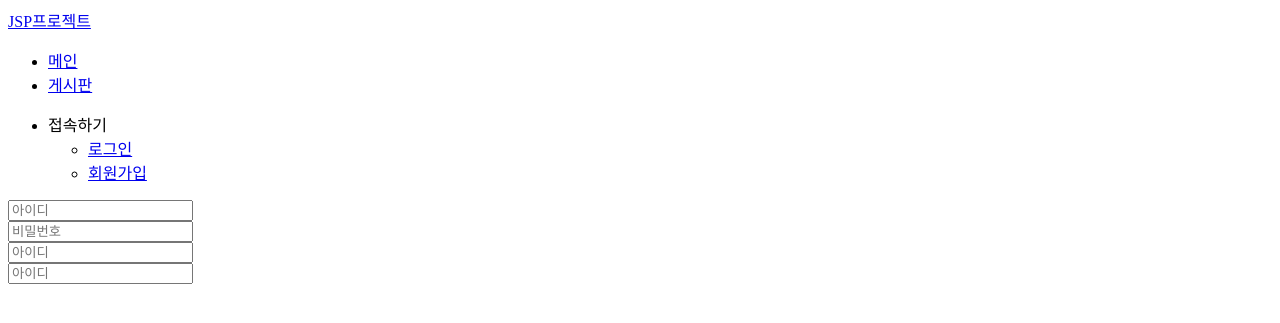
Repository: KimJeongSeok98/ComputerDepartmentPage-JSP
Page: http://localhost/JSP/join.jsp
An editor plug-in stored every save of this project. The page is shown before and after the next save, followed by the edit.
The browser window is 1280 px wide. The pictures show the whole page.
The page is served by Tomcat 9. Other server files are loaded and not shown.

Above is the page before, as saved 2022-06-02 13:35:32.

### JSP/src/main/webapp/join.jsp
<%@ page language="java" contentType="text/html; charset=UTF-8"
    pageEncoding="UTF-8"%>
<!DOCTYPE html>
<html>
<head>
<meta charset="UTF-8">
<title>메인페이지</title>
</head>
<body>
<div>
<a href="main.jsp">JSP프로젝트</a> <!--좌측 상단 메인페이지 연결-->
</div>
<div>
	<ul>
		<li>
		<a href="main.jsp">메인</a> <!--좌측 상단 메인페이지 연결-->
		</li>
		<li>
		<a href="bbs.jsp">게시판</a> <!--좌측 상단 메인페이지 연결-->
		</li>
	</ul>

	<ul>
		<li>
			<a>접속하기</a>
			<ul>
				<li>
				<a href="login.jsp">로그인</a><!--로그인 jsp로 이동-->
				</li>
				<li>
				<a href="join.jsp">회원가입</a><!--회원가입 jsp로 이동-->
				</li>
			</ul>
		</li>
	</ul>
</div>
<div class="container"> <!--로그인 양식 생성-->
	<form method="post" action="loginAction.jsp"><!--post:정보를 숨기면서 보내는 메소드 / 로그인 액션으로 로그인 정보를 보내는것 -->
		<div>
		<input type="text" class="form-control" placeholder="아이디" name="userID" maxlength="10"> <!--아이디/name="userID" << DB-->
		</div>

		<div>
		<input type="password" class="form-control" placeholder="비밀번호" name="userPassword" maxlength="20"> <!--비밀번호/name="userPassword" << DB-->
		</div>

		<div>
		<input type="text" class="form-control" placeholder="아이디" name="userID"> <!--아이디/name="userID" << DB-->
		</div>

		<div>
		<input type="text" class="form-control" placeholder="아이디" name="userID"> <!--아이디/name="userID" << DB-->
		</div>
	</form>
</div>
</body>
</html>

After the next save:
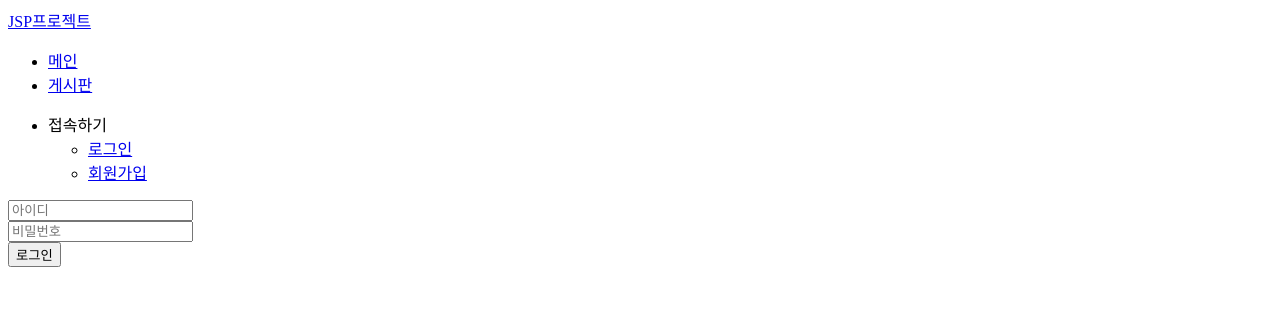
Saved 66 s later.
--- a/JSP/src/main/webapp/join.jsp
+++ b/JSP/src/main/webapp/join.jsp
@@ -45,12 +45,9 @@
 		</div>
 
 		<div>
-		<input type="text" class="form-control" placeholder="아이디" name="userID"> <!--아이디/name="userID" << DB-->
+		<input type="submit" value="로그인"> <!--로그인 버튼-->
 		</div>
 
-		<div>
-		<input type="text" class="form-control" placeholder="아이디" name="userID"> <!--아이디/name="userID" << DB-->
-		</div>
 	</form>
 </div>
 </body>
